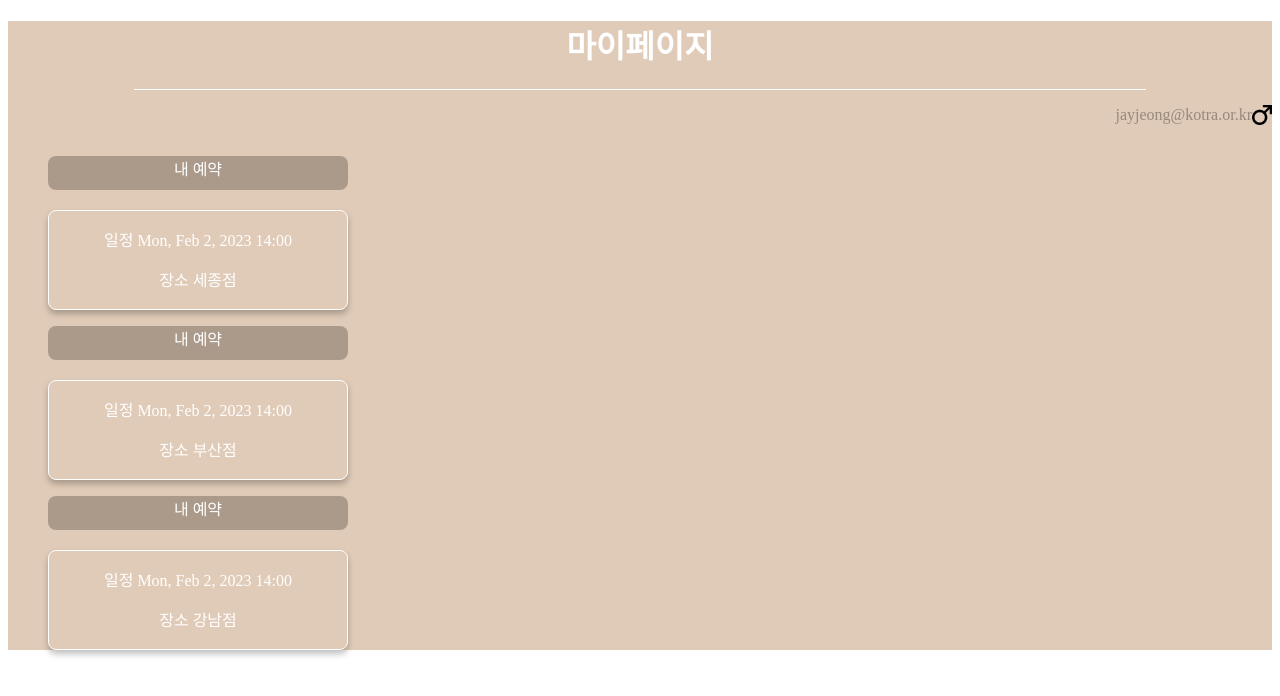
Repository: Jay-Jeong1988/speed_dating_pwa
Page: /booked_events
An editor plug-in stored every save of this project. The page is shown before and after the next save, followed by the edit.
The browser window is 1280 px wide. The pictures show the whole page.
The project was rebuilt for these pictures with package versions that can differ from the ones it lists, and the page was loaded fresh each time. Also part of the build but not shown: vue.config.js, src/views/LoginPage.vue, src/views/DashBoard.vue, src/components/no_reservation_card.vue.

Above is the page before, as saved 2023-02-11 00:35:59.

### src/App.vue
<template>
  <router-view/>
</template>

<style>
#app {
  font-family: Avenir, Helvetica, Arial, sans-serif;
  -webkit-font-smoothing: antialiased;
  -moz-osx-font-smoothing: grayscale;
  text-align: center;
  color: #ffffff;
  background-color: #E0CBB8;
  font-family: Battambang;
}

nav {
  padding: 30px;
}

nav a {
  font-weight: bold;
  color: #2c3e50;
}

nav a.router-link-exact-active {
  color: #42b983;
}

ul {
  list-style-type: none;
}
</style>

### src/router/index.js
import { createRouter, createWebHistory } from 'vue-router'
import LoginPage from '../views/LoginPage.vue'
import DashBoard from '../views/DashBoard.vue'
import BookedEventsPage from '../views/BookedEventsPage.vue'

const routes = [
  {
    path: '/',
    name: 'loginPage',
    component: LoginPage
  },
  {
    path: '/dashboard',
    name: 'dashBoard',
    component: DashBoard
  },
  {
    path: '/booked_events',
    name: 'Booked_events_page',
    component: BookedEventsPage
  }
]

const router = createRouter({
  history: createWebHistory(process.env.BASE_URL),
  routes
})

export default router

### src/views/BookedEventsPage.vue
<template>
    <div class="BookedEventsPage">
      <Header></Header>
      <div class="menuContainer" v-if="booked_events.length">
        <ul class="menus" v-for="event in booked_events" :key="event.id">
                <div class="reservation-type">내 예약</div>
            <li >
              <div class="reservation">
                <div class="reservation-card">
                  <p>일정 {{ event.date }} {{  event.time }}</p>
                  <p>장소 {{ event.branch }}</p>
                </div>
              </div>
            </li>
        </ul>
      </div>
      <NoReservationCard v-else></NoReservationCard>
    </div>
  </template>
  <script>
  import NoReservationCard from '../components/no_reservation_card.vue'
  import Header from '../components/header.vue'
  import events from '../assets/test_data/events.json'
  export default {
    name: 'Booked_events_page',
    props: {

    },
    data() {
      return {
        booked_events: events
      }
    },
    methods: {
    },
    components: { Header, NoReservationCard }
  }
  </script>

  <!-- Add "scoped" attribute to limit CSS to this component only -->
  <style scoped lang="scss">
    .reservation-type {
      width: 300px;
      height: 34px;
      background: #AB9A8A;
      border-radius: 8px;
      margin-bottom: 20px;
    }
    .reservation-card {
      box-sizing: border-box;
      width: 300px;
      height: 100px;
      background: #E0CBB8;
      border: 1px solid #FFFFFF;
      box-shadow: 0px 4px 6px rgba(0, 0, 0, 0.25);
      border-radius: 8px;
    }
  </style>

### src/components/header.vue
<template>
     <div class="page-header">
        <h1 class="title">마이페이지</h1>
      </div>
      <div class="userInfo">
        <p id="emailAddress">jayjeong@kotra.or.kr</p>
        <img id="gender-icon" src="../assets/images/gender-male.png"/>
      </div>
</template>
<script>
    export default {
        name: 'Header_component',
        data() {
            return {}
        }
    }
</script>
<style scoped lang="scss">
    .page-header {
        width: 80%;
        margin: auto;
        border-bottom: 1px solid #fff;
    }
    .userInfo {
        display: flex;
        justify-content: flex-end;
        align-items: center;
        color: #97897D;
        #gender-icon {
            width: 20px;
            height: 20px;
        }
    }
</style>

### src/assets/test_data/events.json
[
    {
        "id": 0,
        "date": "Mon, Feb 2, 2023",
        "time": "14:00",
        "branch": "세종점",
        "party_size": 20,
        "price": 100000,
        "attendees": [],
        "isOver": true
    },
    {
        "id": 0,
        "date": "Mon, Feb 2, 2023",
        "time": "14:00",
        "branch": "부산점",
        "party_size": 20,
        "price": 100000,
        "attendees": [],
        "isOver": false
    },
    {
        "id": 0,
        "date": "Mon, Feb 2, 2023",
        "time": "14:00",
        "branch": "강남점",
        "party_size": 20,
        "price": 100000,
        "attendees": [],
        "isOver": false
    }
]

Loaded but not shown: public/index.html (common file); src/main.js (common file); src/registerServiceWorker.js (common file)

After the next save:
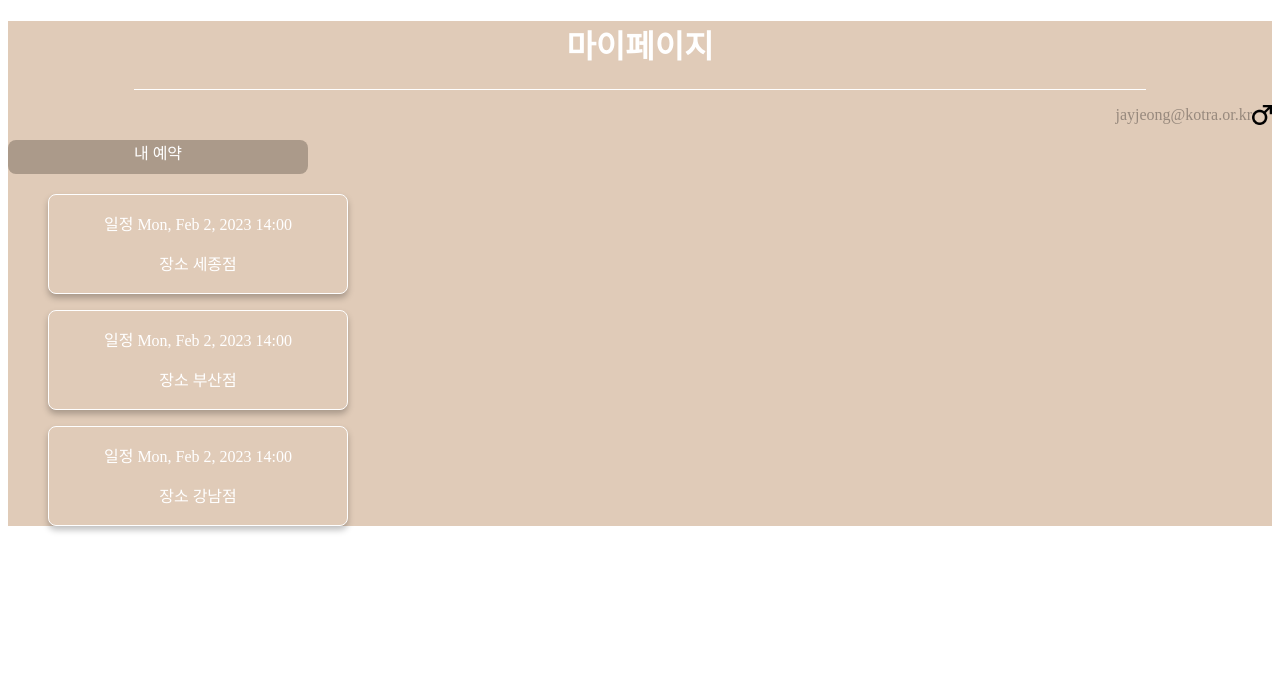
Saved 7 s later.
--- a/src/views/BookedEventsPage.vue
+++ b/src/views/BookedEventsPage.vue
@@ -2,8 +2,8 @@
     <div class="BookedEventsPage">
       <Header></Header>
       <div class="menuContainer" v-if="booked_events.length">
+                <div class="reservation-type">내 예약</div>
         <ul class="menus" v-for="event in booked_events" :key="event.id">
-                <div class="reservation-type">내 예약</div>
             <li >
               <div class="reservation">
                 <div class="reservation-card">
